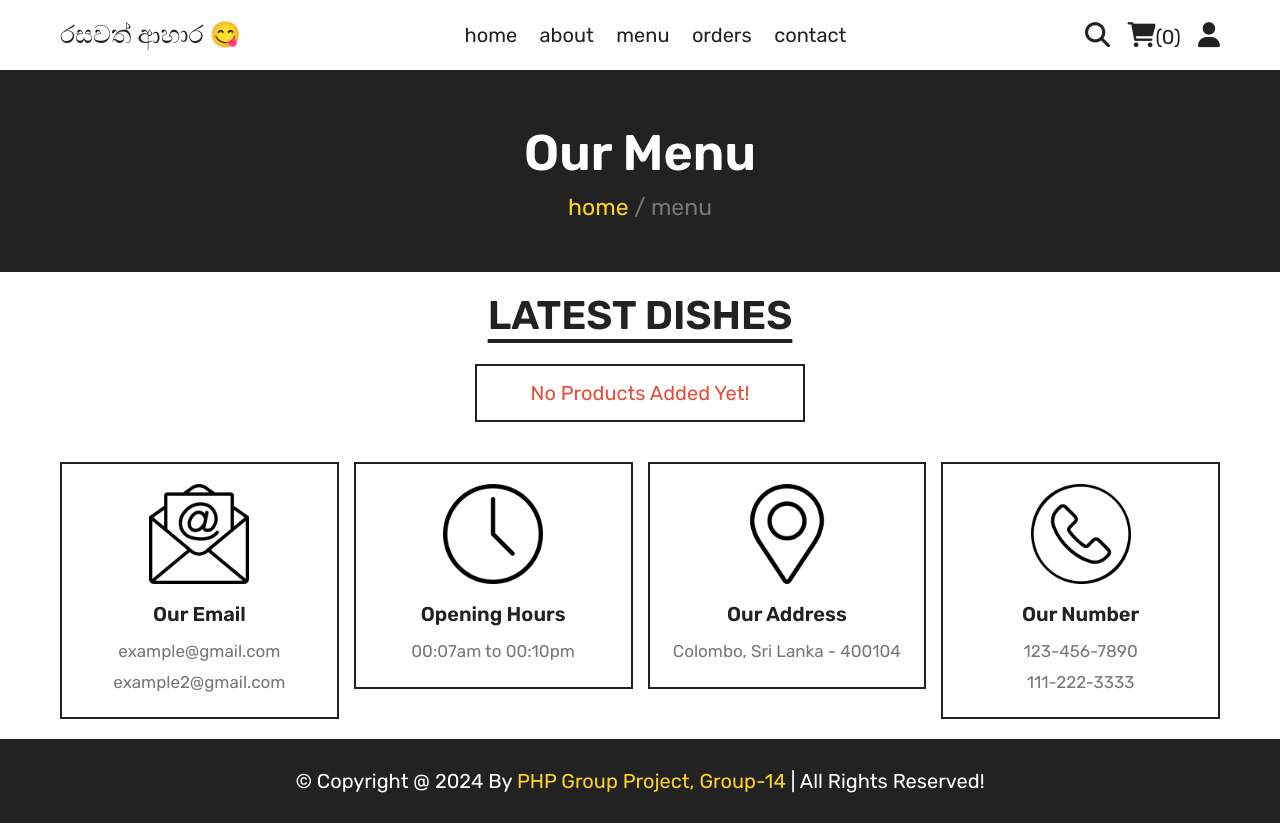
Repository: navodniwarshana/food_order_site
Page: http://localhost/menu.php
These files come from the project's save history. The page is drawn as it stood at one moment and after a run of saves; the edit follows.
The browser window is 1280 px wide. The pictures show the whole page.
Some web libraries are served in a nearby version. The page is run by PHP 8.4 with error messages shown; the project is at /var/www/html/. Queries for data that is not in the repository find no rows.

Above is the page before, as saved 2024-09-27 18:20:06.
Console error: TypeError: Cannot read properties of null (reading 'style')

### menu.php
<?php

include 'components/connect.php';

session_start();

if(isset($_SESSION['user_id'])){
   $user_id = $_SESSION['user_id'];
}else{
   $user_id = '';
};

include 'components/add_cart.php';

?>

<!DOCTYPE html>
<html lang="en">
<head>
   <meta charset="UTF-8">
   <meta http-equiv="X-UA-Compatible" content="IE=edge">
   <meta name="viewport" content="width=device-width, initial-scale=1.0">
   <title>menu</title>

   <!-- font awesome cdn link  -->
   <link rel="stylesheet" href="https://cdnjs.cloudflare.com/ajax/libs/font-awesome/6.1.1/css/all.min.css">

   <!-- custom css file link  -->
   <link rel="stylesheet" href="css/style.css">

</head>
<body>

<!-- header section starts  -->
<?php include 'components/user_header.php'; ?>
<!-- header section ends -->

<div class="heading">
   <h3>our menu</h3>
   <p><a href="home.php">home</a> <span> / menu</span></p>
</div>

<!-- menu section starts  -->

<section class="products">

   <h1 class="title">latest dishes</h1>

   <div class="box-container">

      <?php
         $select_products = $conn->prepare("SELECT * FROM `products`");
         $select_products->execute();
         if($select_products->rowCount() > 0){
            while($fetch_products = $select_products->fetch(PDO::FETCH_ASSOC)){
      ?>
      <form action="" method="post" class="box">
         <input type="hidden" name="pid" value="<?= $fetch_products['id']; ?>">
         <input type="hidden" name="name" value="<?= $fetch_products['name']; ?>">
         <input type="hidden" name="price" value="<?= $fetch_products['price']; ?>">
         <input type="hidden" name="image" value="<?= $fetch_products['image']; ?>">
         <a href="quick_view.php?pid=<?= $fetch_products['id']; ?>" class="fas fa-eye"></a>
         <button type="submit" class="fas fa-shopping-cart" name="add_to_cart"></button>
         <img src="uploaded_img/<?= $fetch_products['image']; ?>" alt="">
         <a href="category.php?category=<?= $fetch_products['category']; ?>" class="cat"><?= $fetch_products['category']; ?></a>
         <div class="name"><?= $fetch_products['name']; ?></div>
         <div class="flex">
            <div class="price"><span>$</span><?= $fetch_products['price']; ?></div>
            <input type="number" name="qty" class="qty" min="1" max="99" value="1" maxlength="2"">
         </div>
      </form>
      <?php
            }
         }else{
            echo '<p class="empty">no products added yet!</p>';
         }
      ?>

   </div>

</section>


<!-- menu section ends -->
























<!-- footer section starts  -->
<?php include 'components/footer.php'; ?>
<!-- footer section ends -->








<!-- custom js file link  -->
<script src="js/script.js"></script>

</body>
</html>

### components/add_cart.php
<?php

if(isset($_POST['add_to_cart'])){

   if($user_id == ''){
      header('location:login.php');
   }else{

      $pid = $_POST['pid'];
      $pid = filter_var($pid, FILTER_SANITIZE_STRING);
      $name = $_POST['name'];
      $name = filter_var($name, FILTER_SANITIZE_STRING);
      $price = $_POST['price'];
      $price = filter_var($price, FILTER_SANITIZE_STRING);
      $image = $_POST['image'];
      $image = filter_var($image, FILTER_SANITIZE_STRING);
      $qty = $_POST['qty'];
      $qty = filter_var($qty, FILTER_SANITIZE_STRING);

      $check_cart_numbers = $conn->prepare("SELECT * FROM `cart` WHERE name = ? AND user_id = ?");
      $check_cart_numbers->execute([$name, $user_id]);

      if($check_cart_numbers->rowCount() > 0){
         $message[] = 'already added to cart!';
      }else{
         $insert_cart = $conn->prepare("INSERT INTO `cart`(user_id, pid, name, price, quantity, image) VALUES(?,?,?,?,?,?)");
         $insert_cart->execute([$user_id, $pid, $name, $price, $qty, $image]);
         $message[] = 'added to cart!';

      }

   }

}

?>

### components/user_header.php
<?php
if(isset($message)){
   foreach($message as $message){
      echo '
      <div class="message">
         <span>'.$message.'</span>
         <i class="fas fa-times" onclick="this.parentElement.remove();"></i>
      </div>
      ';
   }
}
?>

<header class="header">

   <section class="flex">

      <a href="home.php" class="logo">රසවත් ආහාර 😋</a>

      <nav class="navbar">
         <a href="home.php">home</a>
         <a href="about.php">about</a>
         <a href="menu.php">menu</a>
         <a href="orders.php">orders</a>
         <a href="contact.php">contact</a>
      </nav>

      <div class="icons">
         <?php
            $count_cart_items = $conn->prepare("SELECT * FROM `cart` WHERE user_id = ?");
            $count_cart_items->execute([$user_id]);
            $total_cart_items = $count_cart_items->rowCount();
         ?>
         <a href="search.php"><i class="fas fa-search"></i></a>
         <a href="cart.php"><i class="fas fa-shopping-cart"></i><span>(<?= $total_cart_items; ?>)</span></a>
         <div id="user-btn" class="fas fa-user"></div>
         <div id="menu-btn" class="fas fa-bars"></div>
      </div>

      <div class="profile">
         <?php
            $select_profile = $conn->prepare("SELECT * FROM `users` WHERE id = ?");
            $select_profile->execute([$user_id]);
            if($select_profile->rowCount() > 0){
               $fetch_profile = $select_profile->fetch(PDO::FETCH_ASSOC);
         ?>
         <p class="name"><?= $fetch_profile['name']; ?></p>
         <div class="flex">
            <a href="profile.php" class="btn">profile</a>
            <a href="components/user_logout.php" onclick="return confirm('logout from this website?');" class="delete-btn">logout</a>
         </div>
         <p class="account">
            <a href="login.php">login</a> or
            <a href="register.php">register</a>
         </p>
         <?php
            }else{
         ?>
            <p class="name">please login first!</p>
            <a href="login.php" class="btn">login</a>
         <?php
          }
         ?>
      </div>

   </section>

</header>

### components/footer.php
<footer class="footer">

   <section class="grid">

      <div class="box">
         <img src="images/email-icon.png" alt="">
         <h3>our email</h3>
         <a href="mailto:example@gmail.com">example@gmail.com</a>
         <a href="mailto:example2@gmail.com">example2@gmail.com</a>
      </div>

      <div class="box">
         <img src="images/clock-icon.png" alt="">
         <h3>opening hours</h3>
         <p>00:07am to 00:10pm</p>
      </div>

      <div class="box">
         <img src="images/map-icon.png" alt="">
         <h3>our address</h3>
         <a href="#">Colombo, Sri Lanka - 400104</a>
      </div>

      <div class="box">
         <img src="images/phone-icon.png" alt="">
         <h3>our number</h3>
         <a href="tel:1234567890">123-456-7890</a>
         <a href="tel:1112223333">111-222-3333</a>
      </div>

   </section>

   <div class="credit">&copy; copyright @ <?= date('Y'); ?> by <span>PHP Group Project, Group-14</span> | all rights reserved!</div>

</footer>

<!-- <div class="loader">
   <img src="images/loader.gif" alt="">
</div> -->

Loaded but not shown: components/connect.php (common file); js/script.js (34 lines, source omitted); css/style.css (1078 lines, source omitted)

After the next 4 saves:
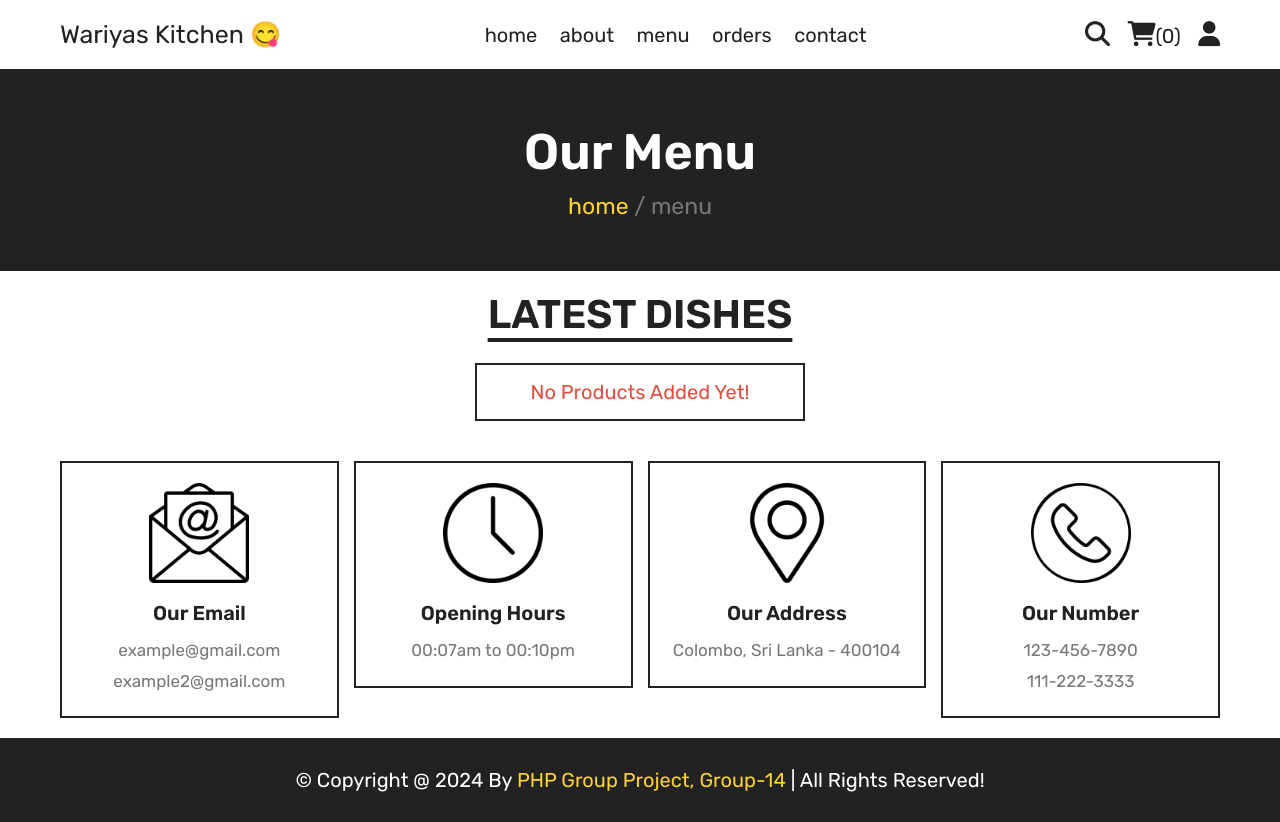
The 4 saves are shown as one change because they came seconds apart.
The last was saved 21 s later.
--- a/components/user_header.php
+++ b/components/user_header.php
@@ -15,7 +15,7 @@ if(isset($message)){
 
    <section class="flex">
 
-      <a href="home.php" class="logo">රසවත් ආහාර 😋</a>
+      <a href="home.php" class="logo">Wariyas Kitchen 😋</a>
 
       <nav class="navbar">
          <a href="home.php">home</a>
